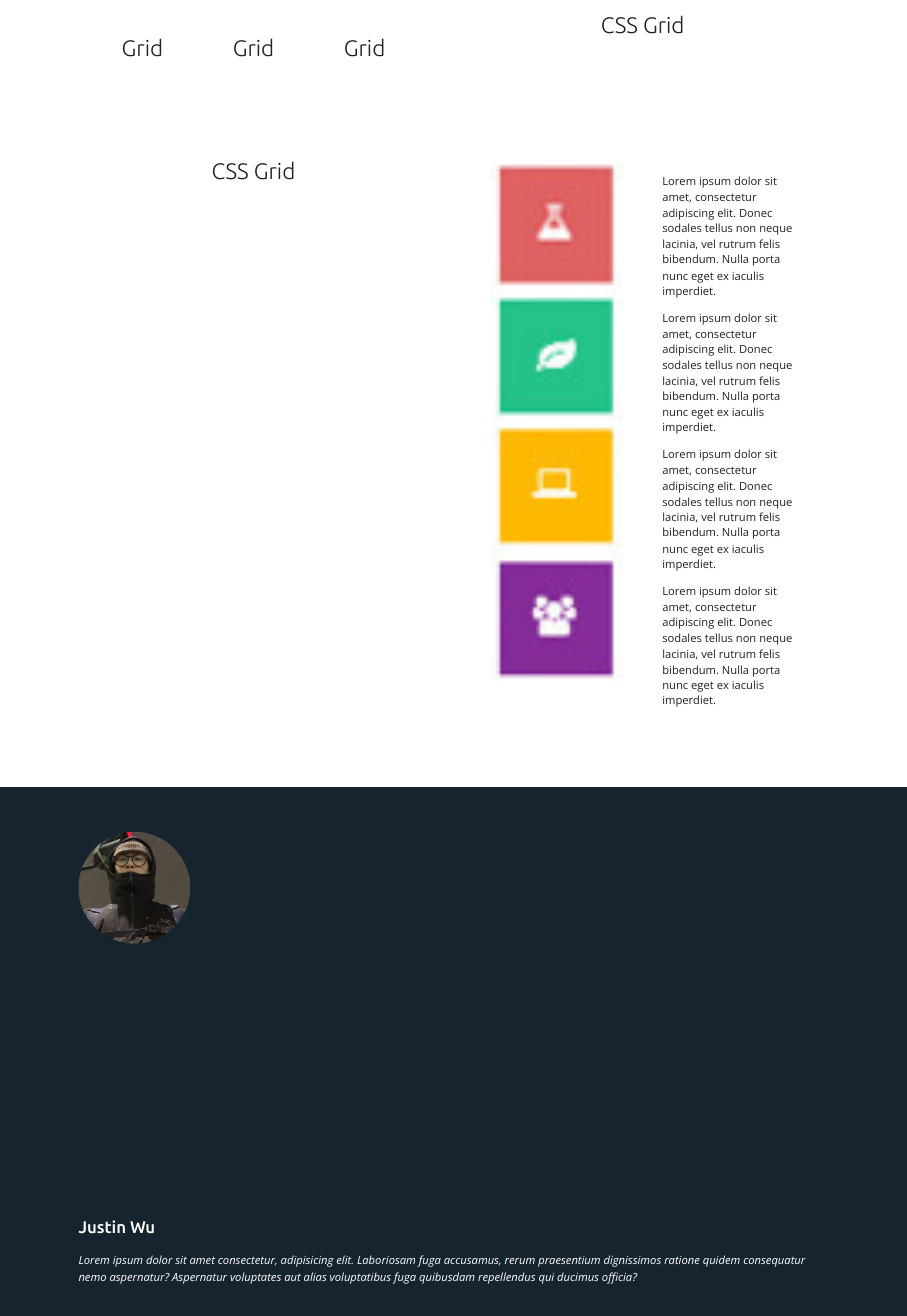
Repository: justinweiyungwu/week4project1v2
Page: cssgrid/index.html
An editor plug-in stored every save of this project. The page is shown before and after the next save, followed by the edit.
The browser window is 1280 px wide. The page is 1296 px wide, so the pictures cover 1296 px, including what lies to the right of the window. The pictures show the part of the page from y = 2326 to 4206 px (the page is 12071 px tall before and 12015 px after), at 70% of full size.

Above is the page before, as saved 2023-02-03 15:52:13.

### cssgrid/index.html
<!doctype html>
<html class="no-js" lang="en">

<head>
    <meta charset="utf-8">
    <title>Metrolics: Justin, Kyle, Jacob</title>
    <meta name="description" content="">
    <meta name="viewport" content="width=device-width, initial-scale=1">

    <link rel="manifest" href="site.webmanifest">
    <link rel="apple-touch-icon" href="icon.png">
    <!-- Place favicon.ico in the root directory -->

    <!-- Google Fonts used in Metrolics layout -->
    <link rel="preconnect" href="https://fonts.googleapis.com">
    <link rel="preconnect" href="https://fonts.gstatic.com" crossorigin>
    <link
        href="https://fonts.googleapis.com/css2?family=Open+Sans:ital,wght@0,400;0,700;1,400&family=Ubuntu:ital,wght@0,300;0,500;1,300&display=swap"
        rel="stylesheet">

    <link rel="stylesheet" href="css/normalize.css">
    <link rel="stylesheet" href="css/main.css">

    <meta name="theme-color" content="#fafafa">
</head>

<body>
    <header>
        <div class="navbar">
            <div class="item1">
                <h1>Metrolics</h1>
            </div>
            <div class="item2">
                <img class="menu" src="img/burger.png" alt="menu">
            </div>


        </div>


    </header>
    <div class="top row-col-container">
        <div class="row">
            <div class="col">
                <h1 class="top-rol-col-text">Hello guys!
                    This is the Metrolics theme. It sports a responsive layout with a mobile layout.
                </h1>
            </div>
        </div>
    </div>
    <div class="s-hide m-hide">
        <div class="row">
            <div class="col">
                <h1>CSS Grid</h1>
            </div>
        </div>
    </div>
    <div class="top title-container">
        <h1 class="top-title">Things That We Do</h1>
        <p>Ask us what we can do for you</p>
    </div>
    <div class="middle row-col-container">
        <div class="row m-col-2 l-col-4">
            <div class="col">

                <img src="img/Web-Solution-Icon.png" alt="">
            </div>
            <div class="col">
                <img src="img/Photography-Icon.png" alt="">
            </div>
            <div class="col">
                <img src="img/Web-Development-Icon.png" alt="">
            </div>
            <div class="col">
                <img src="img/Web-Design-Icon.png" alt="">
            </div>
        </div>
    </div>

    <div class="title-container">
        <h1 class="middle-title">What's Up Lately?</h1>
        <p>Read up on our latest work</p>
    </div>

<div class="row m-col-2 l-col-3">
    <div class="sml-photo col">
        <img src="img/Dj-Deck.png" alt="image">
        <div class="row-bottom-col">
            <div class="left-text">
                <h2>Sample Photo Post</h2>
                <p>Photography</p>
            </div>
            <div class="right-box">
                <img src="img/camera.png" alt="image">
            </div>
        </div>
    </div>
    <div class="sml-photo col">
        <img src="img/Dj-Deck.png" alt="image">
        <div class="row-bottom-col">
            <div class="left-text">
                <h2>Sample Photo Post</h2>
                <p>Photography</p>
            </div>
            <div class="right-box">
                <img src="img/camera.png" alt="image">
            </div>
        </div>
    </div>
    <div class="sml-photo col">
        <img src="img/Dj-Deck.png" alt="image">
        <div class="row-bottom-col">
            <div class="left-text">
                <h2>Sample Photo Post</h2>
                <p>Photography</p>
            </div>
            <div class="right-box">
                <img src="img/camera.png" alt="image">
            </div>
        </div>
    </div>

    <div class="sml-photo mission col">
        <img src="img/mission.jpg" alt="image">
        <div class="row-bottom-col">
            <div class="left-text">
                <h2>Sample Photo Post</h2>
                <p>Photography</p>
            </div>
            <div class="right-box">
                <img src="img/camera.png" alt="image">
            </div>
        </div>
    </div>
</div>
        <div class="title-container">
            <h1>Our Latest Projects</h1>
            <p>Cilent happy? We are happy.</p>
        </div>

    <div class="row m-col-2 l-col-3">
    <div class="sml-photo col">
        <img src="img/Dj-Deck.png" alt="image">
        <div class="row-bottom-col">
            <div class="left-text">
                <h2>Sample Photo Post</h2>
                <p>Photography</p>
            </div>
            <div class="right-box">
                <img src="img/camera.png" alt="image">
            </div>
        </div>
    </div>
    <div class="sml-photo col">
        <img src="img/Dj-Deck.png" alt="image">
        <div class="row-bottom-col">
            <div class="left-text">
                <h2>Sample Photo Post</h2>
                <p>Photography</p>
            </div>
            <div class="right-box">
                <img class="icon" src="img/camera.png" alt="image">
            </div>
        </div>
    </div>


    <div class="sml-photo col">
        <img src="img/Dj-Deck.png" alt="image">
        <div class="row-bottom-col">
            <div class="left-text">
                <h2>Sample Photo Post</h2>
                <p>Photography</p>
            </div>
            <div class="right-box">
                <img src="img/camera.png" alt="image">
            </div>
        </div>
    </div>


    <div class="sml-photo col">
        <img src="img/Dj-Deck.png" alt="image">
        <div class="row-bottom-col">
            <div class="left-text">
                <h2>Sample Photo Post</h2>
                <p>Photography </p>
            </div>
            <div class="right-box">
                <img src="img/camera.png" alt="image">
            </div>
        </div>
    </div>



    <div class="sml-photo col">
        <img src="img/Dj-Deck.png" alt="image">
        <div class="row-bottom-col">
            <div class="left-text">
                <h2>Sample Photo Post</h2>
                <p>Photography</p>
            </div>
            <div class="right-box">
                <img src="img/camera.png" alt="image">
            </div>
        </div>
    </div>
    <div class="sml-photo col">
        <img src="img/Dj-Deck.png" alt="image">
        <div class="row-bottom-col">
            <div class="left-text">
                <h2>Sample Photo Post</h2>
                <p>Photography</p>
            </div>
            <div class="right-box">
                <img src="img/camera.png" alt="image">
            </div>
        </div>
    </div>
    </div>
    </div>
</div>


    <div class="bottom">
        <div class="row m-col-3 l-col-2">
            <div class="col m-row-span">
                <div class="grid m-col-3">
                    <div class="col">
                        <h1>Grid</h1>
                    </div>
                    <div class="col">
                        <h1>Grid</h1>
                    </div>
                    <div class="col">
                        <h1>Grid</h1>
                    </div>

                </div>
            </div>
            <div class="col">
                <h1>CSS Grid</h1>
            </div>
            <div class="col">
                <h1>CSS Grid</h1>
            </div>
            <div class="row-bottom grid-container">
                <div class="row m-col-3 l-col-2">
                    <div class="col">
                        <img src="img/Potion-Icon.png">
                        <img src="img/Leaf-Icon.png">
                        <img src="img/Computer-Icon.png">
                        <img src="img/People-Icon.png">
                    </div>
                    <div class="col">
                        <p>Lorem ipsum dolor sit amet, consectetur adipiscing elit. Donec sodales tellus non neque lacinia, vel rutrum felis bibendum. Nulla porta nunc eget ex iaculis imperdiet.</p>
                        <p>Lorem ipsum dolor sit amet, consectetur adipiscing elit. Donec sodales tellus non neque lacinia, vel rutrum felis bibendum. Nulla porta nunc eget ex iaculis imperdiet.</p>
                        <p>Lorem ipsum dolor sit amet, consectetur adipiscing elit. Donec sodales tellus non neque lacinia, vel rutrum felis bibendum. Nulla porta nunc eget ex iaculis imperdiet.</p>
                        <p>Lorem ipsum dolor sit amet, consectetur adipiscing elit. Donec sodales tellus non neque lacinia, vel rutrum felis bibendum. Nulla porta nunc eget ex iaculis imperdiet.</p>
                    </div>
            </div>
        </div>
    </div>
    <footer>
        <div class="footer-grid-container">
            <div class="top-footer-image row">
                <div class="top-footer col">
                    <img class="footer-image" src="img/me.jpg" alt="image">
                </div>
            </div>
            <div class="top-footer-info row">
                <div class="top-footer col">
                    <h2>Justin Wu</h2>
                    <p>Lorem ipsum dolor sit amet consectetur, adipisicing elit.
                        Laboriosam fuga accusamus, rerum praesentium dignissimos ratione quidem consequatur nemo
                        aspernatur? Aspernatur voluptates aut alias voluptatibus fuga quibusdam repellendus qui ducimus
                        officia?</p>
                </div>
            </div>
        </div>
        <hr class="top-footer border">
        <hr class="top-footer border1">
        <div class="mid-footer row">
            <div class="mid-footer col">
                <img src="placeholder.svg" alt="">
                <img src="placeholder.svg" alt="">
                <img src="placeholder.svg" alt="">
                <img src="placeholder.svg" alt="">
                <img src="placeholder.svg" alt="">
            </div>
            <div class="mid-footer col">
                <h2>Recent Tweets</h2>
                <hr class="title-border">
            </div>
            <div class="grid-container two">
                <div class="bottom-footer row">
                    <div class="bottom-footer col">
                        <img src="placeholder.svg" alt="">
                        <img src="placeholder.svg" alt="">
                    </div>
                </div>
                <div class="bottom-footer row">
                    <div class="bottom-footer col">
                        <p>Lorem ipsum dolor sit amet consectetur adipisicing elit. Provident fuga ad cum beatae,
                            eveniet hic incidunt commodi aperiam eligendi alias adipisci delectus quas quaerat sunt
                            accusantium dignissimos id esse possimus.</p>
                        <p>Lorem ipsum dolor sit amet consectetur adipisicing elit. Provident fuga ad cum beatae,
                            eveniet hic incidunt commodi aperiam eligendi alias adipisci delectus quas quaerat sunt
                            accusantium dignissimos id esse possimus.</p>
                    </div>
                </div>
            </div>
        </div>
    </footer>
    <script src="js/vendor/modernizr-3.11.2.min.js"></script>
    <script src="js/plugins.js"></script>
    <script src="js/main.js"></script>

</body>

</html>

### cssgrid/css/main.css
/* ==========================================================================
    [Table of contents]

    1. BASE
        1.1 Page Rendering Defaults
        1.2 Core Styling
        1.3 Typography
    2. LAYOUT
        2.1 Core Layout
        2.2 Small only
        2.3 medium and up
        2.4 Medium only
        2.5 large screens and up
        2.6 Large only
    3. MODULES
    4. STATES
    5. THEME
    6. UTILITY classes
    7. PRINT

    refer to http://smacss.com/
    ========================================================================== */


/* ==========================================================================
   BASE
   ========================================================================== */


/* 1.1 Page Rendering Defaults */

html {
    color: #222;
    font-size: 1em;
    line-height: 1.4;

}

::-moz-selection {
    background: #b3d4fc;
    text-shadow: none;
}

::selection {
    background: #b3d4fc;
    text-shadow: none;
}

hr {
    display: block;
    height: 1px;
    border: 0;
    border-top: 1px solid #ccc;
    margin: 1em 0;
    padding: 0;
}

audio,
canvas,
iframe,
img,
svg,
video {
    vertical-align: middle;
}

fieldset {
    border: 0;
    margin: 0;
    padding: 0;
}

textarea {
    resize: vertical;
}


/* 1.2 Core Styling */


/* refer to https://css-tricks.com/box-sizing/ */

*,
*:before,
*:after {
    box-sizing: border-box;
}
.bottom-icons{
display: grid;
grid-gap: 1rem;
width: 5rem;

}

img {
    width: 100%;
}


/* 1.3 Typgraphy */

h1,
h2,
h3,
h4,
h5,
h6 {
    font-family: Ubuntu, sans-serif;
    font-weight: 300;
    text-align: center;
}

p {
    font-family: 'Open Sans', Arial, Helvetica, sans-serif;
}
.title-container p {
    font-size: 0.9em;
    color: gray;
}

.left-text h2{
    font-size: 20px;
    font-weight: 500;
    color: #fff;
}
.left-text p{
    font-size: 14px;
    font-weight: 400;
    color: #fff;
}


.top-footer-info p {
    font-style: italic;
}
.top-footer-info h2 {
    text-align: left;
    font-weight: 400;
}
.border {
    border-color: gray;
    position: relative;
    right: -1em;
    margin-left: 9em;
    z-index: 1;

}

.border1 {
border-color: #19b2de;
margin-top: -1.2em;
margin-left: 3em;
border-width: 2px;
z-index: 2;


}
.title-border {
    border-color: red;
}

.mid-footer h2{
     text-align: left;

}

/* ==========================================================================
   2. LAYOUT
   ========================================================================== */
.menu
{
    min-width: 3em;
    max-width: 3em;
}

/* Helper to display empty layout containers*/

div,
main,
section,
footer,
header {

    min-height: 1rem;
    padding: 1rem;
}



/* 2.1 Core layout */
.row-bottom-row{
    display: grid;
    flex-direction: row;
}
.bottom-text{
   font-size: 0.9em;
   color: gray;
}
.row {
    display: grid;
    row-gap: 1rem;
}

.col {
    position: relative;
    background-color: rgb(255, 255, 255);
    object-fit: fill;
}
.top {
    margin-top: -4em;
    margin-bottom: -2em;
}
.title-container {
    display: grid;
text-align: center;
justify-content: center;
line-height: 0.7em;
}

.navbar {
    display: grid;
    align-items: center;
  grid-template-columns: 3fr 1fr;
  gap: 4em;

}
/*photo box*/

.sml-photo img{
    max-height: 15em;
    object-fit: cover;
}
.row-bottom-col {
    display: grid;
    grid-template-columns: 3fr 1fr;
    background-color: #19b2de;
    padding: 0%;
}

.left-text {
    display: flex;
    flex-wrap: wrap;
    align-items: flex-start;
    flex-direction: column;
line-height: 0em;
min-width: 90%;
}
.right-box {
   max-width: 6em;
}

/*end*/

/*footer*/

footer {
 display: grid;
 justify-content: center;
    background-color: #16242f;
    margin: 2em -2em -2em -2em;
    padding: 1em;
}
.footer-grid-container{
    align-items: flex-start;
    justify-content: center;
}
.top-footer-image {
    padding-bottom: 20em;
}


.footer-image {

    object-fit: cover;
    border-radius: 50%;
    min-width: 10em;
    min-height: 10em;
    max-height: 10em;
    max-width: 10em;

}
.top-footer, .mid-footer, .bottom-footer{
 background-color: #16242f;
 color: #fff;
}
/*end*/

/* 2.2 Small only */

@media screen and (max-width: 39.9375em) {

    body {
        padding: 2em;
    }
    .s-hide {
        display: none;

    }



 .grid-container {
    display: grid;
 }



       .bottom {
        display: none;
       }
     .footer-grid-container {
        display: grid;
        grid-template-columns: 0fr 1fr;
        margin-bottom: 2em;

     }
     .two {
        margin-bottom: 8rem;

     }
    }



/* 2.3 medium and up */

@media screen and (min-width: 40em) {
    .row {
        max-width: 70rem;
        column-gap: 1.5rem;
        row-gap: 1.5rem;
        margin: 0 auto;
    }
    .grid {
        display: grid;
        column-gap: 0.5rem;
        row-gap: 0.5rem;
    }
    .title-container {
        max-width: 100%;
    }
    .m-col-2 {
        grid-template-columns: 1fr 1fr;
    }
    .m-col-3 {
        grid-template-columns: repeat(3, 1fr);
    }
    .m-col-4 {
        grid-template-columns: repeat(4, 1fr);
    }
    .m-col-5 {
        grid-template-columns: repeat(5, 1fr);
    }
    .m-1-2 {
        grid-template-columns: 1fr 2fr;
    }
}


/* 2.4 Medium only */

@media screen and (min-width: 40em) and (max-width: 63.9375em) {
    .m-row-span {
        grid-column-start: 1;
        grid-column-end: -1;
    }
    .m-hide {
        display: none;
    }

}


/* 2.5 large screens and up 2.6 Large only */

@media screen and (min-width: 64em) {
    .l-col-2 {
        grid-template-columns: 1fr 1fr;
    }
    .l-col-3 {
        grid-template-columns: repeat(3, 1fr);
    }
    .l-col-4 {
        grid-template-columns: repeat(4, 1fr);
    }
    .l-col-5 {
        grid-template-columns: repeat(5, 1fr);
    }
    .l-col-6 {
        grid-template-columns: repeat(6, 1fr);
    }
    .l-row-span {
        grid-column-start: 1;
        grid-column-end: -1;
    }
    .l-hide {
        display: none;
    }
    .left-text h2 {
        font-size: 1em;
    }
    .left-text p {
        font-size: 0.7em;
    }
    .mission {
        display: none;
    }

}


/* ==========================================================================
   2. MODULES
   ========================================================================== */


/* ==========================================================================
   2. STATES
   ========================================================================== */


/* ==========================================================================
   5. THEME
   ========================================================================== */



/* ==========================================================================
   6. UTILITY classes
   ========================================================================== */


/*
 * Hide visually and from screen readers
 */

.hidden,
[hidden] {
    display: none !important;
}


/*
 * Hide only visually, but have it available for screen readers:
 * https://snook.ca/archives/html_and_css/hiding-content-for-accessibility
 *
 * 1. For long content, line feeds are not interpreted as spaces and small width
 *    causes content to wrap 1 word per line:
 *    https://medium.com/@jessebeach/beware-smushed-off-screen-accessible-text-5952a4c2cbfe
 */

.sr-only {
    border: 0;
    clip: rect(0, 0, 0, 0);
    height: 1px;
    margin: -1px;
    overflow: hidden;
    padding: 0;
    position: absolute;
    white-space: nowrap;
    width: 1px;
    /* 1 */
}


/*
 * Extends the .sr-only class to allow the element
 * to be focusable when navigated to via the keyboard:
 * https://www.drupal.org/node/897638
 */

.sr-only.focusable:active,
.sr-only.focusable:focus {
    clip: auto;
    height: auto;
    margin: 0;
    overflow: visible;
    position: static;
    white-space: inherit;
    width: auto;
}


/*
 * Hide visually and from screen readers, but maintain layout
 */

.invisible {
    visibility: hidden;
}


/*
 * Clearfix: contain floats
 *
 * For modern browsers
 * 1. The space content is one way to avoid an Opera bug when the
 *    `contenteditable` attribute is included anywhere else in the document.
 *    Otherwise it causes space to appear at the top and bottom of elements
 *    that receive the `clearfix` class.
 * 2. The use of `table` rather than `block` is only necessary if using
 *    `:before` to contain the top-margins of child elements.
 */

.clearfix::before,
.clearfix::after {
    content: " ";
    display: table;
}

.clearfix::after {
    clear: both;
}

@media print,
(-webkit-min-device-pixel-ratio: 1.25),
(min-resolution: 1.25dppx),
(min-resolution: 120dpi) {
    /* Style adjustments for high resolution devices */
}


/* ==========================================================================
   7. PRINT  styles.
   Inlined to avoid the additional HTTP request:
   https://www.phpied.com/delay-loading-your-print-css/
   ========================================================================== */

@media print {
    *,
    *::before,
    *::after {
        background: #fff !important;
        color: #000 !important;
        /* Black prints faster */
        box-shadow: none !important;
        text-shadow: none !important;
    }
    a,
    a:visited {
        text-decoration: underline;
    }
    a[href]::after {
        content: " (" attr(href) ")";
    }
    abbr[title]::after {
        content: " (" attr(title) ")";
    }
    /*
   * Don't show links that are fragment identifiers,
   * or use the `javascript:` pseudo protocol
   */
    a[href^="#"]::after,
    a[href^="javascript:"]::after {
        content: "";
    }
    pre {
        white-space: pre-wrap !important;
    }
    pre,
    blockquote {
        border: 1px solid #999;
        page-break-inside: avoid;
    }
    /*
   * Printing Tables:
   * https://web.archive.org/web/20180815150934/http://css-discuss.incutio.com/wiki/Printing_Tables
   */
    thead {
        display: table-header-group;
    }
    tr,
    img {
        page-break-inside: avoid;
    }
    p,
    h2,
    h3 {
        orphans: 3;
        widows: 3;
    }
    h2,
    h3 {
        page-break-after: avoid;
    }
}

### cssgrid/js/plugins.js
// Avoid `console` errors in browsers that lack a console.
(function() {
  var method;
  var noop = function () {};
  var methods = [
    'assert', 'clear', 'count', 'debug', 'dir', 'dirxml', 'error',
    'exception', 'group', 'groupCollapsed', 'groupEnd', 'info', 'log',
    'markTimeline', 'profile', 'profileEnd', 'table', 'time', 'timeEnd',
    'timeline', 'timelineEnd', 'timeStamp', 'trace', 'warn'
  ];
  var length = methods.length;
  var console = (window.console = window.console || {});

  while (length--) {
    method = methods[length];

    // Only stub undefined methods.
    if (!console[method]) {
      console[method] = noop;
    }
  }
}());

// Place any jQuery/helper plugins in here.

Loaded but not shown: cssgrid/css/normalize.css (library); cssgrid/js/vendor/modernizr-3.11.2.min.js (library); cssgrid/js/main.js (no stored copy; drawn as an empty file)

After the next save:
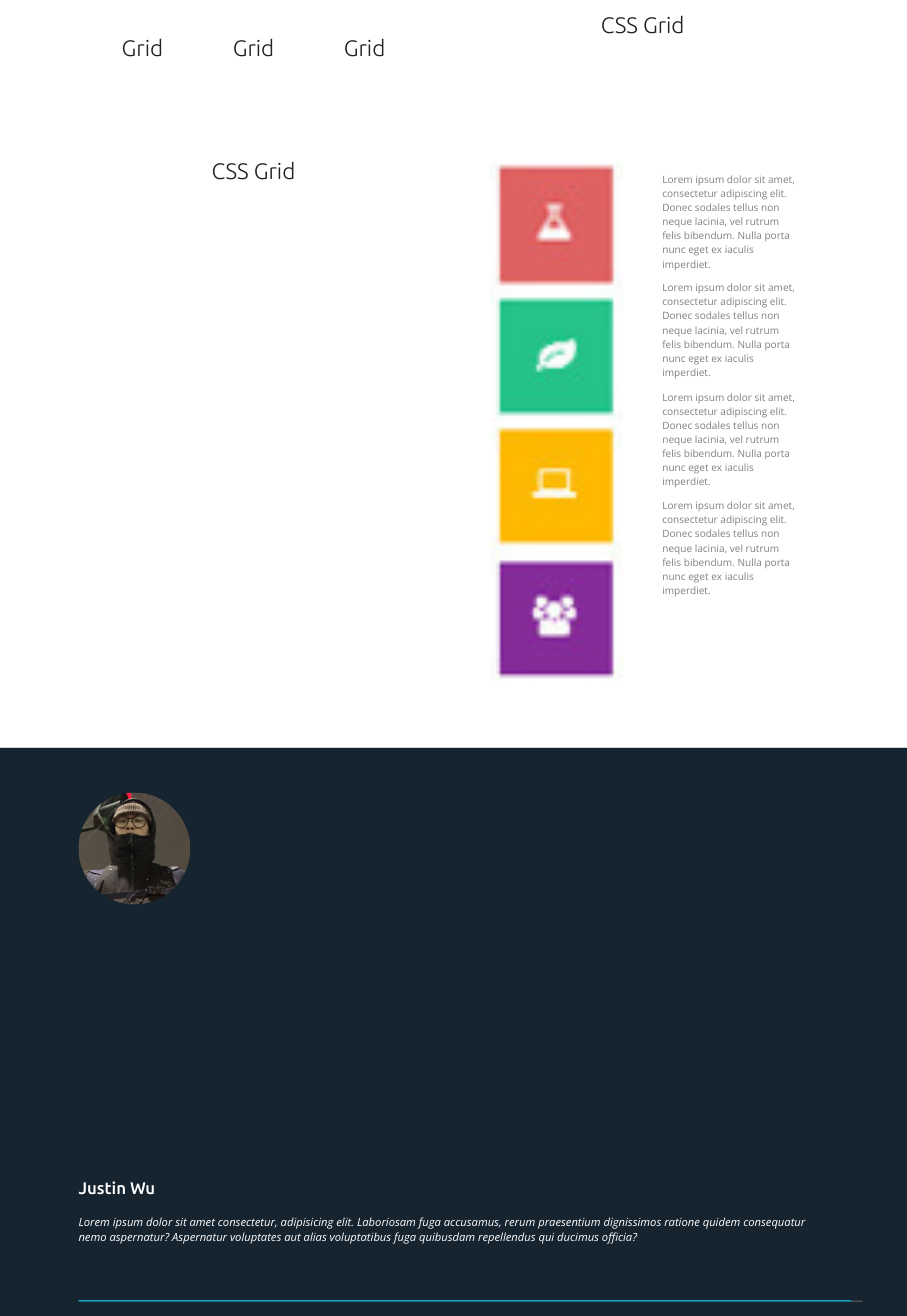
Saved 6 s later.
--- a/cssgrid/index.html
+++ b/cssgrid/index.html
@@ -253,7 +253,7 @@
                         <img src="img/Computer-Icon.png">
                         <img src="img/People-Icon.png">
                     </div>
-                    <div class="col">
+                    <div class="bottom-text col">
                         <p>Lorem ipsum dolor sit amet, consectetur adipiscing elit. Donec sodales tellus non neque lacinia, vel rutrum felis bibendum. Nulla porta nunc eget ex iaculis imperdiet.</p>
                         <p>Lorem ipsum dolor sit amet, consectetur adipiscing elit. Donec sodales tellus non neque lacinia, vel rutrum felis bibendum. Nulla porta nunc eget ex iaculis imperdiet.</p>
                         <p>Lorem ipsum dolor sit amet, consectetur adipiscing elit. Donec sodales tellus non neque lacinia, vel rutrum felis bibendum. Nulla porta nunc eget ex iaculis imperdiet.</p>
